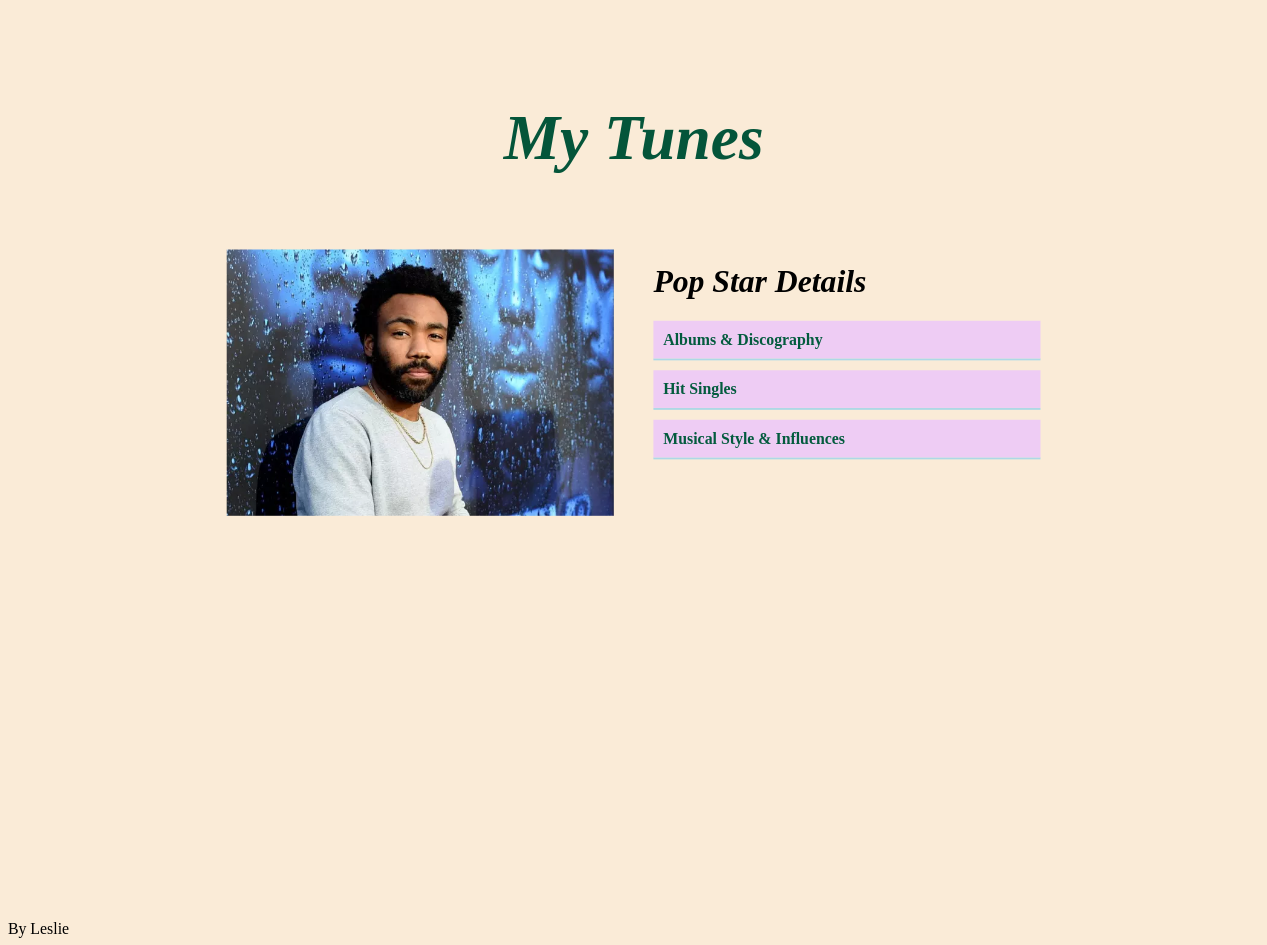
Repository: leslie179/labOne
Page: /
These files come from the project's save history. The page is drawn as it stood at one moment and after the next save; the edit follows.
The browser window is 1280 px wide. The pictures show the whole page, at 99% of full size.
The project was rebuilt for these pictures with package versions that can differ from the ones it lists, and the page was loaded fresh each time. The framework's server and built-in components were replaced by stand-ins that run in the browser. Also part of the build but not shown: next.config.js, components/Footer/Footer.module.css.

Above is the page before, as saved 2024-09-15 22:46:21.

### pages/index.js
import Head from 'next/head'
import styles from '@/styles/Home.module.css'
import Footer from '@/components/Footer'
import Header from '@/components/Header'
import LeftComponent from '@/components/LeftComponent'
import RightComponent from '@/components/RightComponent'

export default function Home() {
  return (
    <>
      <Head>
        <title>Create Next App</title>
        <meta name="description" content="Generated by create next app" />
        <meta name="viewport" content="width=device-width, initial-scale=1" />
        <link rel="icon" href="/favicon.ico" />
      </Head>
      <Header/>
      <main className={`${styles.main}`}>
      <div className={styles.container}>
      <div className={styles.left}>
                <LeftComponent />
            </div>
            <div className={styles.right}>
              <h1 className={styles.h1}>Pop Star Details</h1>
                <RightComponent />
            </div>
            </div>
      </main>
      <Footer/>
    </>
  )
}

### pages/api/ExampleOne.js
import { useEffect, useState } from "react"
import Header from "@/components/Header"
import Footer from "@/components/Footer"
import Head from "next/head"

export default function ExampleOne() {
    const [number, setNumber] = useState(0);

    /** usually this will cause an infinite loop
     * so it is best to not do this incase your code breaks
     * code on pages will run two times.
     * Once to render what we want and another is to
     * render strict mode to find any common bugs
    */

    useEffect(() => {
            console.log(number);
    })

    /**
     * useEffect only runs when the pages loads
     */

    return(
        <>
            <Header/>
            <main>
                <h1>Example 1</h1>
                <div>Infinite loop</div>
                {number}
        </main>
        <Footer/>
        </>

    )
}

### pages/api/ExampleTwo.js
import { useEffect } from "react"
import Footer from "@/components/Footer"
import Header from "@/components/Header"

export default function ExampleTwo() {
    // The [] makes sure the useEffect only runs once

    /**
     * code on pages will run two times.
     * Once to render what we want and another is to
     * render strict mode to find any common bugs
    */

    useEffect(() => {
        console.log("RUN");
    }, [])

        return(
            <>
            <Header/>
            <main>
                    <h1>Example 2</h1>
            </main>
            <Footer/>
        </>
    )
}

### styles/globals.css
:root {
  background-color: antiquewhite;

}

a {
  color: inherit;
  text-decoration: none;

}

### styles/Home.module.css
.main {
  display: flex;
  flex-direction: column;
  justify-content: space-between;
  align-items: center;
  padding: 1rem;
  min-height: 20vh;
}

.container {
  display: flex;
  width: 70%;
  height: 100vh;

}

.left, .right {
  width: 50%;
  padding: 20px;
  box-sizing: border-box;
}



.h1{
  padding-top: 8%;
  font-style: italic;
}

### components/Footer/index.js
import styles from "./Footer.module.css"

export default function Footer() {
    return(
        <footer className={styles.Footer}>
            By Leslie
        </footer>
    )
}

### components/Header/index.js
import styles from './Header.module.css';


export default function Header() {
    return (
        <header className={styles.header}>
            <h1>My Tunes</h1>
        </header>
    );
}

### components/LeftComponent/index.js
import styles from './LeftComponent.module.css';

export default function LeftComponent() {
    return (
        <div>
            <img src="childish_icon.jpg" alt="Childish Icon" className={styles.image} />
        </div>
    );
}

### components/RightComponent/index.js
import { useState } from 'react';
import styles from './RightComponent.module.css';

export default function RightComponent() {
    const [activeIndex, setActiveIndex] = useState(null);

    const toggleAccordion = (index) => {
        setActiveIndex(activeIndex === index ? null : index);
    };

    const categories = [
        {
            title: 'Albums & Discography',
            content: '"Camp" \n"Because the Internet" \n"Awaken, My Love!"'
        },
        {
            title: 'Hit Singles',
            content: '"3005"\n "Redbone"\n "This Is America" which won Grammys for its cultural impact.'
        },
        {
            title: 'Musical Style & Influences',
            content: 'Blend of hip hop, soul, funk, and rock, drawing influence from Prince, OutKast, and more.'
        }
    ];

    return (
        <div className={styles.accordion}>
            {categories.map((category, index) => (
                <div key={index} className={styles.item}>
                    <div className={styles.title} onClick={() => toggleAccordion(index)}>
                        {category.title}
                    </div>
                    <div className={`${styles.content} ${activeIndex === index ? styles.show : ''}`}>
                        <p>{category.content.split('\n').map((line, i) => (
                            <span key={i}>{line}<br /></span>
                        ))}</p>
                    </div>
                </div>
            ))}
        </div>
    );
}

### components/Header/Header.module.css
.header {
    text-align: center;
    padding-top: 7.5%;
  }

  .header h1 {
    margin: 0;
    padding: 0;
    font-size: 4rem;
    font-style: italic;
    color: rgb(4, 85, 58);
  }

### components/LeftComponent/LeftComponent.module.css
.left {
    width: 50%;
    background-color: lightgray;
    padding: 20px;
    box-sizing: border-box;
    height: 100vh;
    float: left;
}

.image{
    width: 100%;
    padding-top: 10%;
}

### components/RightComponent/RightComponent.module.css
.right {
    width: 50%;
    padding: 20px;

    box-sizing: border-box;
    height: 100vh;
    float: right;
}


.item {
    border-bottom: 2.5px solid lightblue;
    margin-bottom: 10px;
}

.title {
    cursor: pointer;
    padding: 10px;
    background-color: #eeccf4;
    color: rgb(3, 91, 62);
    font-weight: bold;
}

.content {
    max-height: 0;
    overflow: hidden;
    transition: max-height 0.3s ease-out;
}

.show {
    max-height: 100px;
}

Loaded but not shown: pages/_app.js (common file); pages/_document.js (common file); pages/api/hello.js (common file)

After the next save:
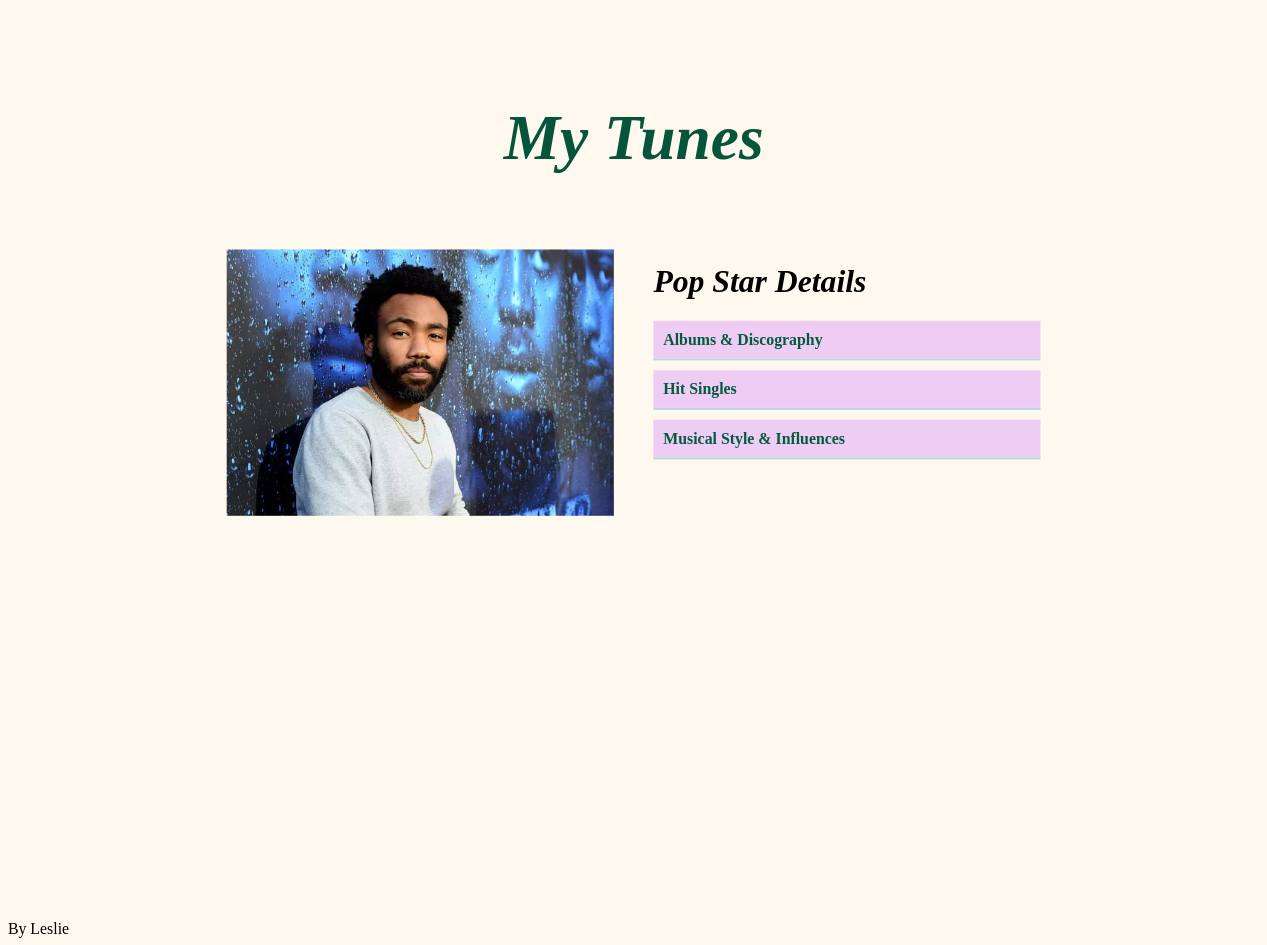
Saved 4 s later.
--- a/styles/globals.css
+++ b/styles/globals.css
@@ -1,5 +1,5 @@
 :root {
-  background-color: antiquewhite;
+  background-color: rgb(255, 248, 239);
 
 }
 
